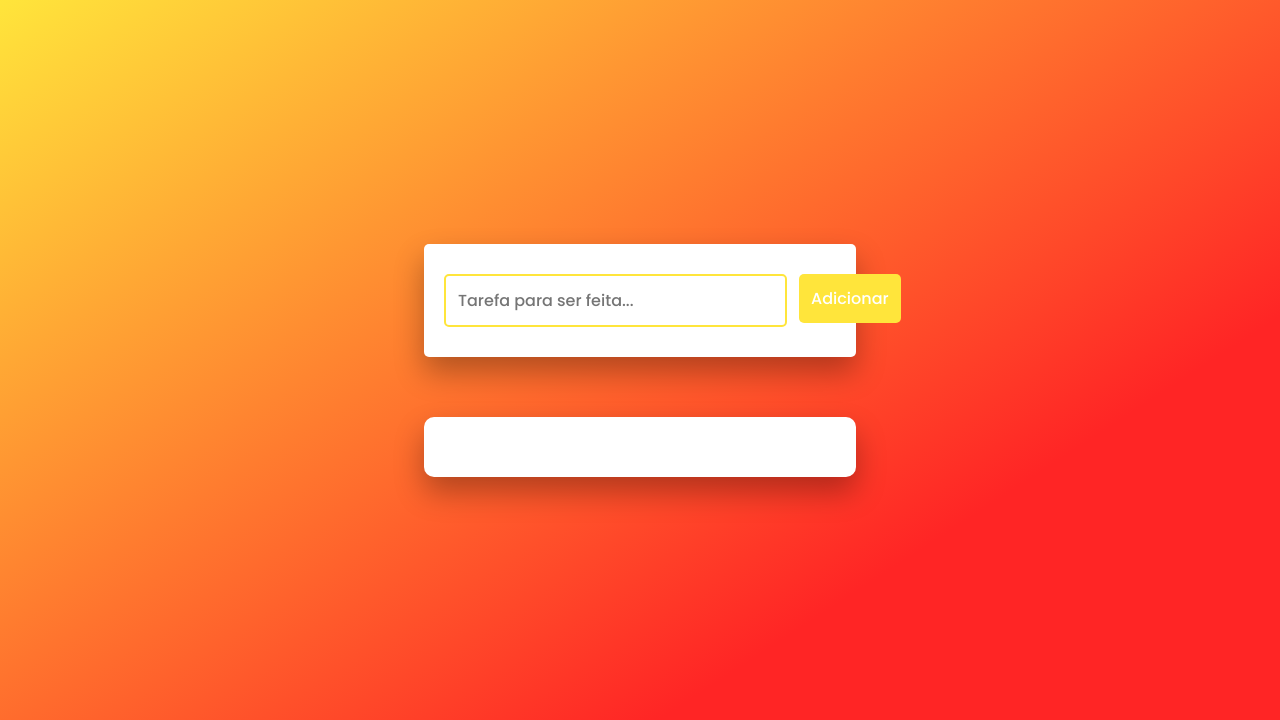
Repository: PetersonAntonyDev/python-flask-
Page: index.html
An editor plug-in stored every save of this project. The page is shown before and after the next save, followed by the edit.
The browser window is 1280 px wide. The pictures show the whole page.
Some web libraries are served in a nearby version.

Above is the page before, as saved 2022-07-26 14:16:00.

### index.html
<!DOCTYPE html>
<html lang="en">

<head>
    <meta charset="UTF-8" />
    <meta http-equiv="X-UA-Compatible" content="IE=edge" />
    <meta name="viewport" content="width=device-width, initial-scale=1.0" />
    <title>EM PROGRESSO - Lista de Tarefas</title>
    <link rel="preconnect" href="https://fonts.googleapis.com" />
    <link rel="preconnect" href="https://fonts.gstatic.com" crossorigin />
    <link href="https://fonts.googleapis.com/css2?family=Poppins:wght@400;500;700&display=swap" rel="stylesheet" />
    <link rel="stylesheet" href="/style.css" />
</head>

<body>
    <div class="container">
        <div class="new-task-container">
            <input type="text" class="new-task-input" placeholder="Tarefa para ser feita..." />

            <button class="new-task-button">Adicionar</button>
        </div>

        <div class="tasks-container"></div>
    </div>

    <script src="https://kit.fontawesome.com/f9e19193d6.js" crossorigin="anonymous"></script>
    <script src="/script.js"></script>
</body>

</html>

### style.css
* {
    margin: 0;
    padding: 0;
    box-sizing: border-box;
    font-family: "Poppins", sans-serif;
  }

  body {
    height: 100vh;
    background-color: #FFE53B;
    background-image: linear-gradient(147deg, #FFE53B 0%, #FF2525 74%);
    display: flex;
    align-items: center;
    justify-content: center;
  }

  .container {
    border-radius: 20px;
    padding: 30px 40px;
    width: 40%;
    min-width: 500px;
  }

  .new-task-container {
    background-color: #fff;
    padding: 30px 20px;
    border-radius: 5px;
    box-shadow: 0 15px 30px rgba(0, 0, 0, 0.3);
    display: flex;
  }

  .new-task-container input {
    flex: 3;
    font-size: 1rem;
    border: 2px solid #FFE53B;
    border-radius: 5px;
    padding: 12px;
    font-weight: 500;
    color: #FF2525;
  }

  .new-task-container input:focus {
    outline: none;
    border-color: #FFE53B;
  }

  .new-task-button {
    flex: 1;
    border-radius: 5px;
    font-weight: 500;
    height: 100%;
    font-size: 1rem;
    border: none;
    background-color: #FFE53B;
    color: #fff;
    padding: 12px;
    margin-left: 12px;
    cursor: pointer;
  }

  .new-task-button:hover {
    background-color: #FF2525;
    color: #fff;
    transition: all .5s;
  }

  .tasks-container {
    background-color: #fff;
    padding: 30px 20px;
    margin-top: 60px;
    border-radius: 10px;
    box-shadow: 0 15px 30px rgba(0, 0, 0, 0.3);
    width: 100%;

  }

  .task-item {
    display: flex;
    justify-content: space-between;
    align-items: center;
    margin-bottom: 6px;
    margin-top: 6px;
    border: #FF2525 1px solid;
    border-radius: 5px;
  }

  .task-item i {
    background-color: #FF2525;
    color: #fff;
    padding: 13px;
    border-radius: 5px;
    flex-wrap: wrap;
  }

  .task-item i:hover {
    cursor: pointer;
  }

  /* Utilities */
  .error {
    border: 2px solid red !important;
  }

  .error::placeholder {
    color: red;
  }

  .completed {
    text-decoration: line-through;
  }

### script.js
const inputElement = document.querySelector(".new-task-input");
const addTaskButton = document.querySelector(".new-task-button");

const tasksContainer = document.querySelector(".tasks-container");

const validateInput = () => inputElement.value.trim().length > 0;

const handleAddTask = () => {
    const inputIsValid = validateInput();

    console.log(inputIsValid);

    if (!inputIsValid) {
        return inputElement.classList.add("error");
    }

    const taskItemContainer = document.createElement("div");
    taskItemContainer.classList.add("task-item");

    const taskContent = document.createElement("p");
    taskContent.innerText = inputElement.value;

    taskContent.addEventListener("click", () => handleClick(taskContent));

    const deleteItem = document.createElement("i");
    deleteItem.classList.add("far");
    deleteItem.classList.add("fa-trash-alt");

    deleteItem.addEventListener("click", () =>
        handleDeleteClick(taskItemContainer, taskContent)
    );

    /*const RefreshItem = document.createElement("i");
    RefreshItem.classList.add("fa");
    RefreshItem.classList.add("fa-pen-solid");

    RefreshItem.addEventListener("click", () =>
        handleRefreshClick(taskItemContainer, taskContent)
    );*/

    taskItemContainer.appendChild(taskContent);
    //taskItemContainer.appendChild(RefreshItem);
    taskItemContainer.appendChild(deleteItem);

    tasksContainer.appendChild(taskItemContainer);

    inputElement.value = "";

    updateLocalStorage();
};

const handleClick = (taskContent) => {
    const tasks = tasksContainer.childNodes;

    for (const task of tasks) {
        const currentTaskIsBeingClicked = task.firstChild.isSameNode(taskContent);

        if (currentTaskIsBeingClicked) {
            task.firstChild.classList.toggle("completed");
        }
    }

    updateLocalStorage();
};

const handleDeleteClick = (taskItemContainer, taskContent) => {
    const tasks = tasksContainer.childNodes;

    for (const task of tasks) {
        const currentTaskIsBeingClicked = task.firstChild.isSameNode(taskContent);

        if (currentTaskIsBeingClicked) {
            taskItemContainer.remove();
        }


    }

    updateLocalStorage();
};

/*const handleRefreshClick = (taskItemContainer, taskContent) => {
    const tasks = tasksContainer.childNodes;

    for (const task of tasks) {
        const currentTaskIsBeingClicked = task.firstChild.isSameNode(taskContent);

        if (currentTaskIsBeingClicked) {
            taskItemContainer.appendChild();
        }


    }

    updateLocalStorage();
};*/

const handleInputChange = () => {
    const inputIsValid = validateInput();

    if (inputIsValid) {
        return inputElement.classList.remove("error");
    }
};

const updateLocalStorage = () => {
    const tasks = tasksContainer.childNodes;

    const localStorageTasks = [...tasks].map((task) => {
        const content = task.firstChild;
        const isCompleted = content.classList.contains("completed");

        return { description: content.innerText, isCompleted };
    });

    localStorage.setItem("tasks", JSON.stringify(localStorageTasks));
};

const refreshTasksUsingLocalStorage = () => {
    const tasksFromLocalStorage = JSON.parse(localStorage.getItem("tasks"));

    if (!tasksFromLocalStorage) return;

    for (const task of tasksFromLocalStorage) {
        const taskItemContainer = document.createElement("div");
        taskItemContainer.classList.add("task-item");

        const taskContent = document.createElement("p");
        taskContent.innerText = task.description;

        if (task.isCompleted) {
            taskContent.classList.add("completed");
        }

        taskContent.addEventListener("click", () => handleClick(taskContent));

        const deleteItem = document.createElement("i");
        deleteItem.classList.add("far");
        deleteItem.classList.add("fa-trash-alt");

        deleteItem.addEventListener("click", () =>
            handleDeleteClick(taskItemContainer, taskContent)
        );

        taskItemContainer.appendChild(taskContent);
        taskItemContainer.appendChild(deleteItem);

        tasksContainer.appendChild(taskItemContainer);
    }
};

refreshTasksUsingLocalStorage();

addTaskButton.addEventListener("click", () => handleAddTask());

inputElement.addEventListener("change", () => handleInputChange());

After the next save:
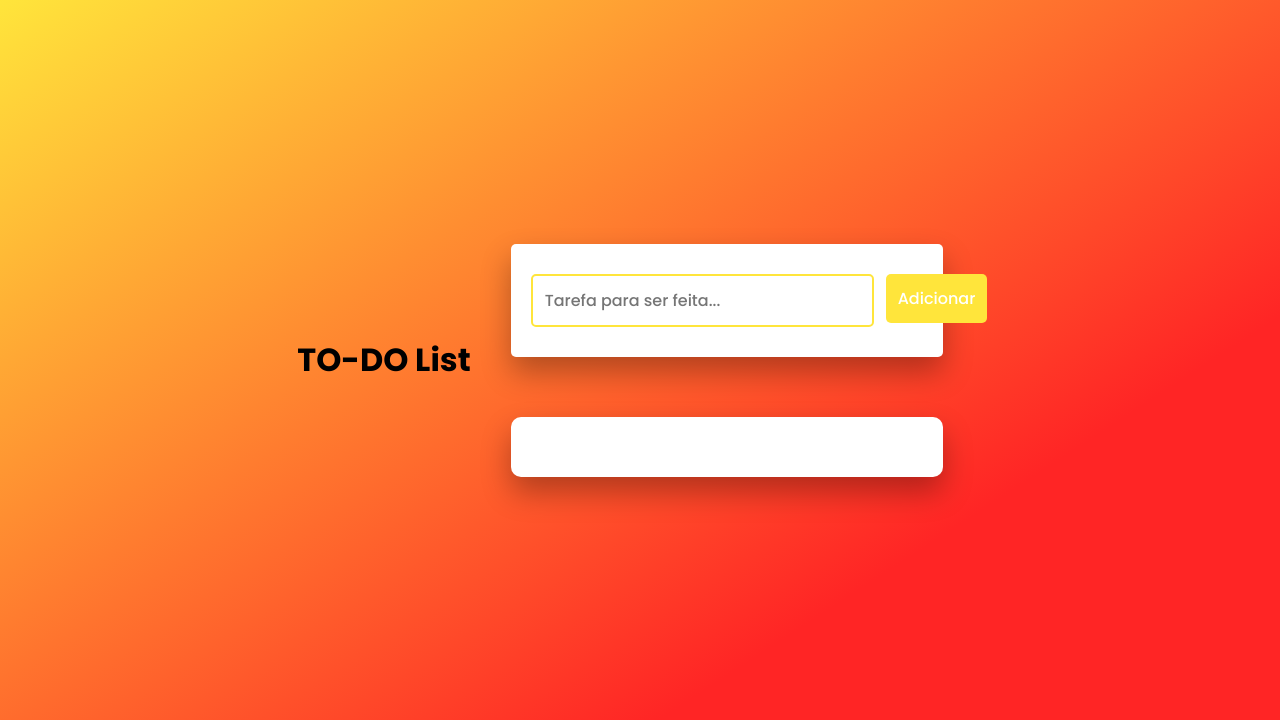
Saved 1 s later.
--- a/index.html
+++ b/index.html
@@ -13,6 +13,9 @@
 </head>
 
 <body>
+    <header>
+        <h1>TO-DO List</h1>
+    </header>
     <div class="container">
         <div class="new-task-container">
             <input type="text" class="new-task-input" placeholder="Tarefa para ser feita..." />
